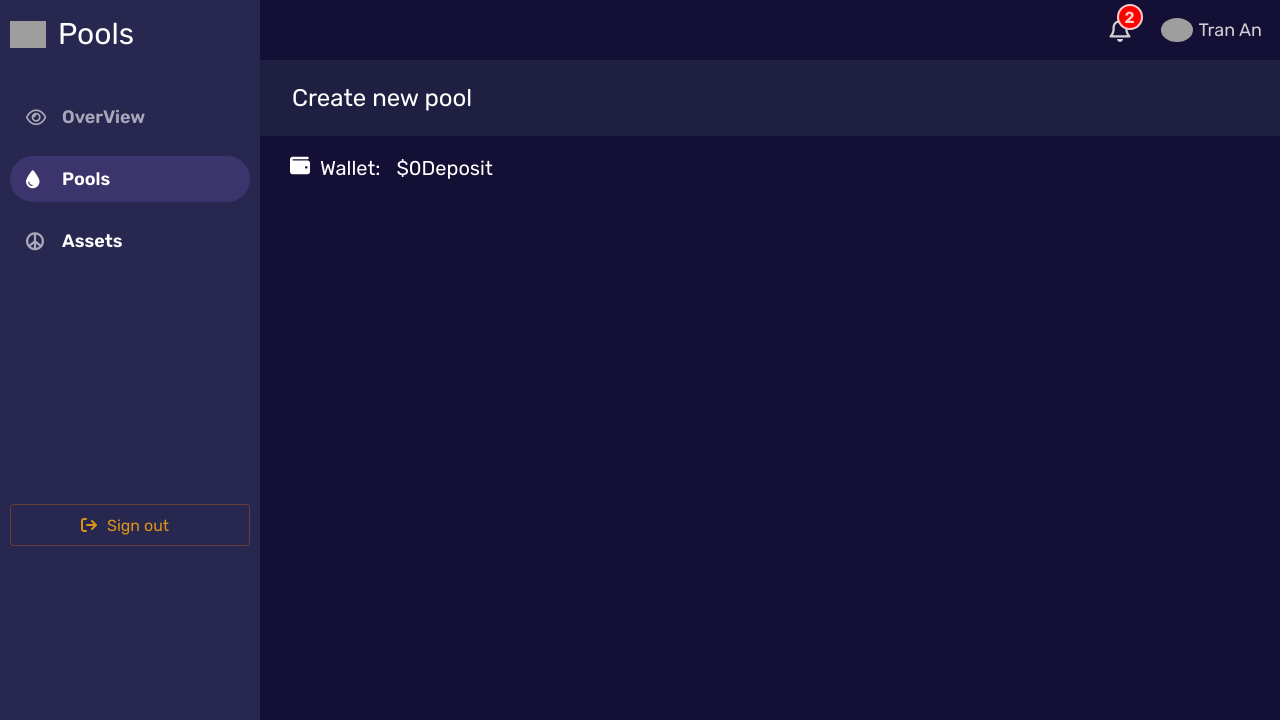
Repository: quynh232000/pools
Page: pool/create-pool.html
These files come from the project's save history. The page is drawn as it stood at one moment and after the next save; the edit follows.
The browser window is 1280 px wide. The pictures show the whole page.
Pictures or frames that could not be fetched are drawn as grey boxes.

Above is the page before, as saved 2023-07-14 00:13:48.

### pool/create-pool.html
<!DOCTYPE html>
<html lang="en">
  <head>
    <meta charset="UTF-8" />
    <meta name="viewport" content="width=device-width, initial-scale=1.0" />
    <title>Document</title>

    <link rel="stylesheet" href="../src/css/base.css" />
    <link rel="stylesheet" href="../src/css/style.css" />
    <link rel="stylesheet" href="../src/css/pool.css" />
    <link rel="stylesheet" href="../src/css/create-pool.css" />
    <link
      rel="stylesheet"
      href="https://cdnjs.cloudflare.com/ajax/libs/font-awesome/6.4.0/css/all.min.css"
      integrity="sha512-iecdLmaskl7CVkqkXNQ/ZH/XLlvWZOJyj7Yy7tcenmpD1ypASozpmT/E0iPtmFIB46ZmdtAc9eNBvH0H/ZpiBw=="
      crossorigin="anonymous"
      referrerpolicy="no-referrer"
    />
  </head>
  <body>
    <div class="container">
      <div class="sidebar">
        <div class="sidebar-logo">
          <img src="https://sef-eco.vercel.app/assets/images/logo.png" alt="" />
          <span>Pools</span>
        </div>
        <div class="sidebar-items">
          <div class="sidebar-list">
            <div class="sidebar-item">
              <i class="fa-regular fa-eye"></i>
              <div class="sidebar-item-name">OverView</div>
            </div>
            <div class="sidebar-item sidebar-item-active">
              <i class="fa-solid fa-droplet"></i>
              <a href="/pool.html" class="sidebar-item-name">Pools</a>
            </div>
            <div class="sidebar-item">
              <i class="fa-solid fa-peace"></i>
              <a href="/index.html" class="sidebar-item-name">Assets</a>
            </div>
          </div>

          <div class="sidebar-sign-out">
            <i class="fa-solid fa-arrow-right-from-bracket"></i>
            <div class="sidebar-item-name">Sign out</div>
          </div>
        </div>
      </div>
      <div class="content">
        <div class="header">
          <div class="header-noti">
            <i class="fa-regular fa-bell"></i>
            <div class="header-noti-count">2</div>
          </div>
          <div class="header-user">
            <img
              src="https://static.vecteezy.com/system/resources/previews/002/002/257/original/beautiful-woman-avatar-character-icon-free-vector.jpg"
              alt=""
            />
            <div class="header-user-name">Tran An</div>
          </div>
        </div>
        <!-- body -->
        <div class="content-title">Create new pool</div>
        <div class="create-body">
          <div class="create-wallet">
            <i class="fa-solid fa-wallet"></i>
            <div class="create-wallet-title">Wallet:</div>
            <span>$0</span>
            <div class="create-btn">Deposit</div>
          </div>
          <div class="create-select-money"></div>
        </div>
      </div>
    </div>
  </body>
</html>

### src/css/base.css
@import url('https://fonts.googleapis.com/css2?family=Rubik:wght@300;400;500;600;700&display=swap');
 :root{
    --primary-color:#fff;
    --text-color:#fff;
    --bg-color:#140f34;
    --bg-item-color:#282750;

 }
*{
    box-sizing: inherit;
}
html,body{
    box-sizing: border-box;
    margin: 0;
    padding: 0;
    font-family: 'Rubik', sans-serif;
    color: var(--text-color);
}
a{
    color: white;
    text-decoration: none;
}

### src/css/style.css
.container{
    width: 100%;
    min-height: 100vh;
    background-color: var(--bg-color);
    display: flex;
}
.sidebar{
    width: 20%;
    min-width: 260px;
    max-width: 400px;
    display: flex;
    flex-direction: column;
    min-height: 100vh;
    background-color: var(--bg-item-color);
}
.sidebar-logo{
    display: flex;
    width: 100%;
    align-items: center;
    padding: 16px 10px;
}
.sidebar-logo img{
    width: 15%;
}
.sidebar-logo span{
    font-size: 30px;
    color: var(--primary-color);
    margin-left: 12px;

}
.sidebar-items{
    padding: 26px 10px;
    display: flex;
    flex-direction: column;
    justify-content: space-between;
    min-height: 70vh;
}
.sidebar-list{

}
.sidebar-item{
    font-size: 18px;
    display: flex;
    align-items: center;
    padding: 12px 16px;
    border-radius: 40px;
    color: rgb(255 255 255/.6);
    margin-bottom: 16px;
    font-weight: 600;
    transition: color .3s;
}
.sidebar-item:hover{
    cursor: pointer;
    color: rgb(255 255 255/.8);
}
.sidebar-item-active{
    background-color:#3c356d ;
    color: var(--text-color);
}
.sidebar-item i{
    min-width: 36px;
}
.sidebar-sign-out{
    display: flex;
    align-items: center;
    color: rgb(218, 149, 23);
    text-align: center;
    border: 1px solid rgba(202, 98, 12,.4);
    justify-content: center;
    padding-right: 10px;
    border-radius: 4px;
    transition: color border .3s;
}
.sidebar-sign-out:hover{
    cursor: pointer;
    color: rgb(253, 166, 5);
    border: 1px solid rgba(202, 98, 12,.5);
}
.sidebar-sign-out i{
    margin-right: 10px;
    padding: 12px 0;
}

.content{
    width: 85%;
    min-height: 100vh;
    /* background-color: var(--bg-color); */
}
.header{
    display: flex;
    justify-content: flex-end;
    padding: 18px;
    color: rgb(255 255 255/.8);
    align-items: center;
}
.header-user{
    display: flex;
    align-items: center;
    font-size: 18px;

}
.header-user img {
    width: 32px;
    border-radius: 50%;
    margin-right: 6px;
}
.header-noti{
    display: flex;
    margin-right: 30px;
    font-size: 20px;
    position: relative;
    font-size: 24px;
}
.header-noti-count{
    width: 26px;
    height: 26px;
    position: absolute;
    top: -14px;
    left: 7px;
    border: 2px solid  rgb(255 255 255/.8);
    text-align: center;
    border-radius: 50%;
    font-size: 16px;
    display: flex;
    align-items: center;
    justify-content: center;
    background-color: var(--bg-color);
    background-color: red;
    font-weight: 600;

}
.content-title{
    background-color: #1f1f42;
    padding: 24px 32px;
    font-size: 24px;
}
.content-list{
    display: flex;
    flex-direction: column;
    align-items: center;
    padding: 0 40px;
}
.content-list-body{
    width: 100%;
    margin-top: 20px;

}
.content-nav{
    width: 100%;
    display: flex;
    justify-content: space-between;
    padding: 12px 26px;
    margin: 10px 0;
    transition: background-color .2s ;
}
.content-nav:hover{
    background-color: #2d2d44;
}
.nav-left{
    width: 50%;
    display: flex;
    align-items: center;
    justify-content: space-between;
    font-size: 22px;

}
.nav-left-info{
    display: flex;
    align-items: center;
}
.nav-left-info img{
    width: 32px;
    margin-right: 8px;
}
.nav-left-name{
    font-size: 22px;
}
.nav-left-balance{
    display: flex;
    flex-direction: column;
    align-items: center;
    flex: 1;
}
.nav-left-balance span:nth-child(2){
    font-size: 20px;
    color: #a8a8a8;
}


.nav-right{
    width: 40%;
    display: flex;
    justify-content: space-between;
    align-items: center;
    color: #b3b1fd;
}
.nav-right span{
    transition: color .3s;
}
.nav-right span i{
    font-size: 16px !important;
    margin-left: 4px;
}
.nav-right span:hover{
    color:#f8c2b0;
    cursor: pointer;
}
.nav-text{
    color: #b3b1fd;
    font-size: 20px;
}
.nav-right .nav-tex:hover{
    color: #b3b1fd !important;
    cursor: no-drop;
}

### src/css/pool.css
.p-content-body{
    width: 100%;
    display: flex;
    flex-wrap: wrap;
    padding: 20px 10px;
}
.content-item-wrapper{
    width: 33.333%;
    padding: 10px ;
}
.p-content-item{
    border-radius: 6px;
    background-color: var(--bg-item-color);
    padding: 14px;
    transition: background-color .3s ease;
}
.p-content-item:hover{
    background-color: #2e2e60;
}
.p-content-item-top{
    display: flex;
    align-items:flex-start;

}
.p-content-item-img{
    margin-right: 6px;
}
.p-content-item-top-info{
    display: flex;
    flex-direction: column;
}
.p-content-item-top-info span{
    padding-top: 4px;
}
.p-content-item-top-info p{
    margin: 4px 0 10px 0;
    color: #a7a3a3;
}
.p-content-item-bottom{
    display: flex;
}
.p-item-type{
    margin-right: 10px;
    padding: 0 8px;
    text-align: center;
}
.p-item-type:first-child{
    border-right: 1px solid gray;
    padding-right: 16px;
}
.p-item-type span{
    font-size: 14px;
    color: #a7a3a3;
    /* font-weight: 600; */
}
.p-item-type p{
    margin: 0;
}
.add-pool{
    display: flex;
    flex-direction: column;
    align-items: center;
    font-size: 20px;
    min-height: 122px;
    justify-content: center;
}
.add-pool i{
    font-size: 26px;
    margin-bottom: 6px;
}

### src/css/create-pool.css
.create-body{
    width: 100%;
    display: flex;
    flex-direction: column;
    padding: 20px 30px;
}
.create-wallet{
    display: flex;
    font-size: 20px;
}
.create-wallet-title{
    margin: 0 16px 0 10px;
}

After the next save:
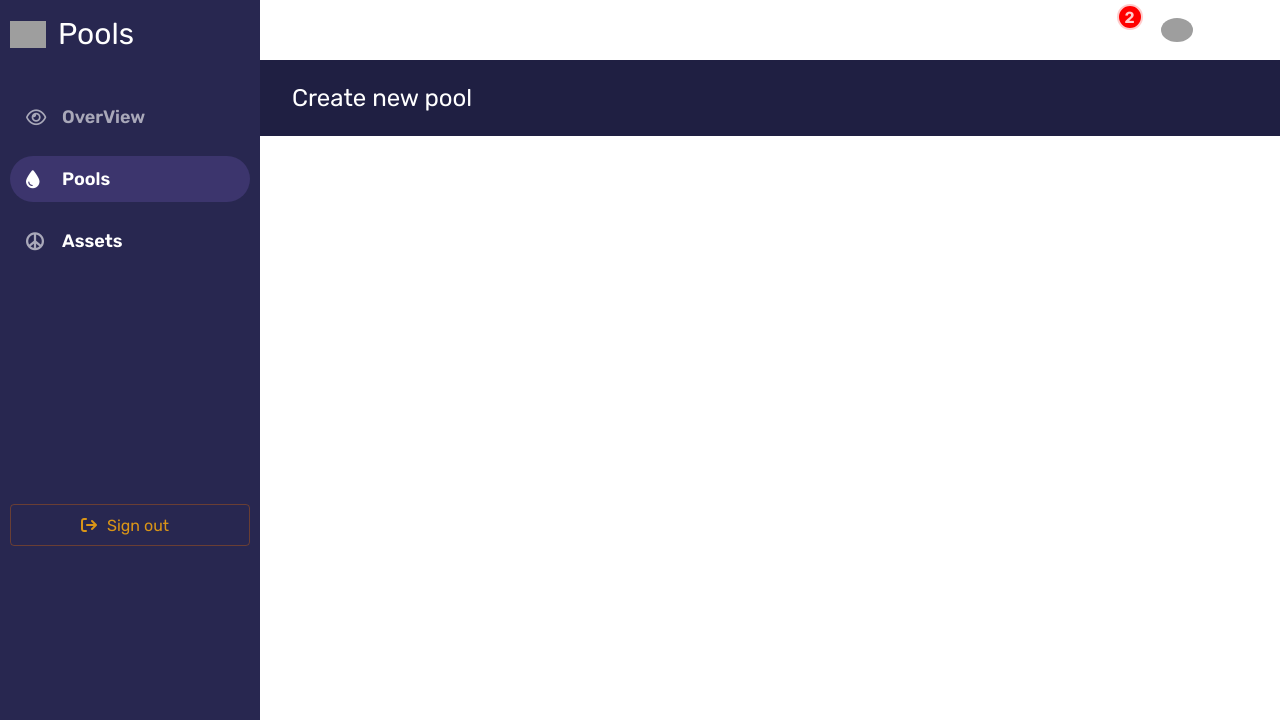
Saved 96 s later.
--- a/src/css/base.css
+++ b/src/css/base.css
@@ -2,6 +2,7 @@
  :root{
     --primary-color:#fff;
     --text-color:#fff;
+    --text-1-color:rgb(211, 209, 255),
     --bg-color:#140f34;
     --bg-item-color:#282750;
 

After the 3 saves that followed:
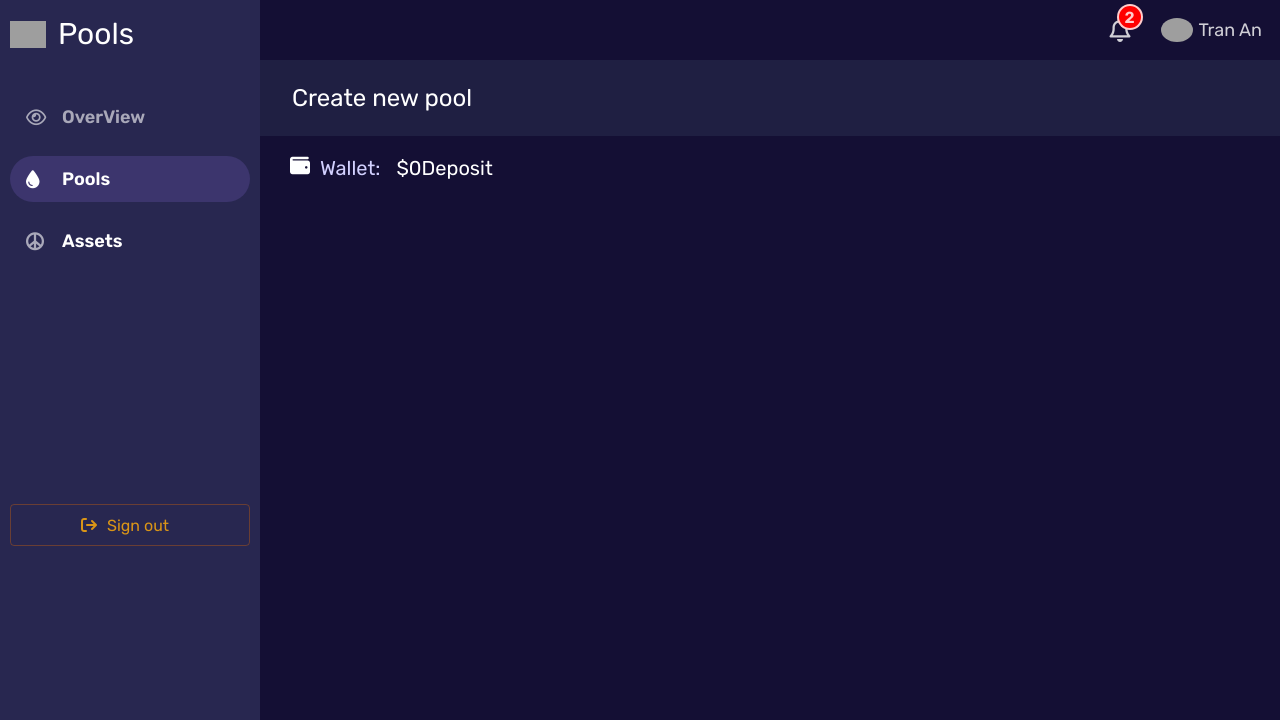
The 3 saves are shown as one change because 2 left the picture as it was.
The last was saved 37 s later.
--- a/src/css/base.css
+++ b/src/css/base.css
@@ -2,7 +2,7 @@
  :root{
     --primary-color:#fff;
     --text-color:#fff;
-    --text-1-color:rgb(211, 209, 255),
+    --text-1-color:rgb(211, 209, 255);
     --bg-color:#140f34;
     --bg-item-color:#282750;
 
--- a/src/css/create-pool.css
+++ b/src/css/create-pool.css
@@ -10,4 +10,5 @@
 }
 .create-wallet-title{
     margin: 0 16px 0 10px;
+    color: var(--text-1-color);
 }
